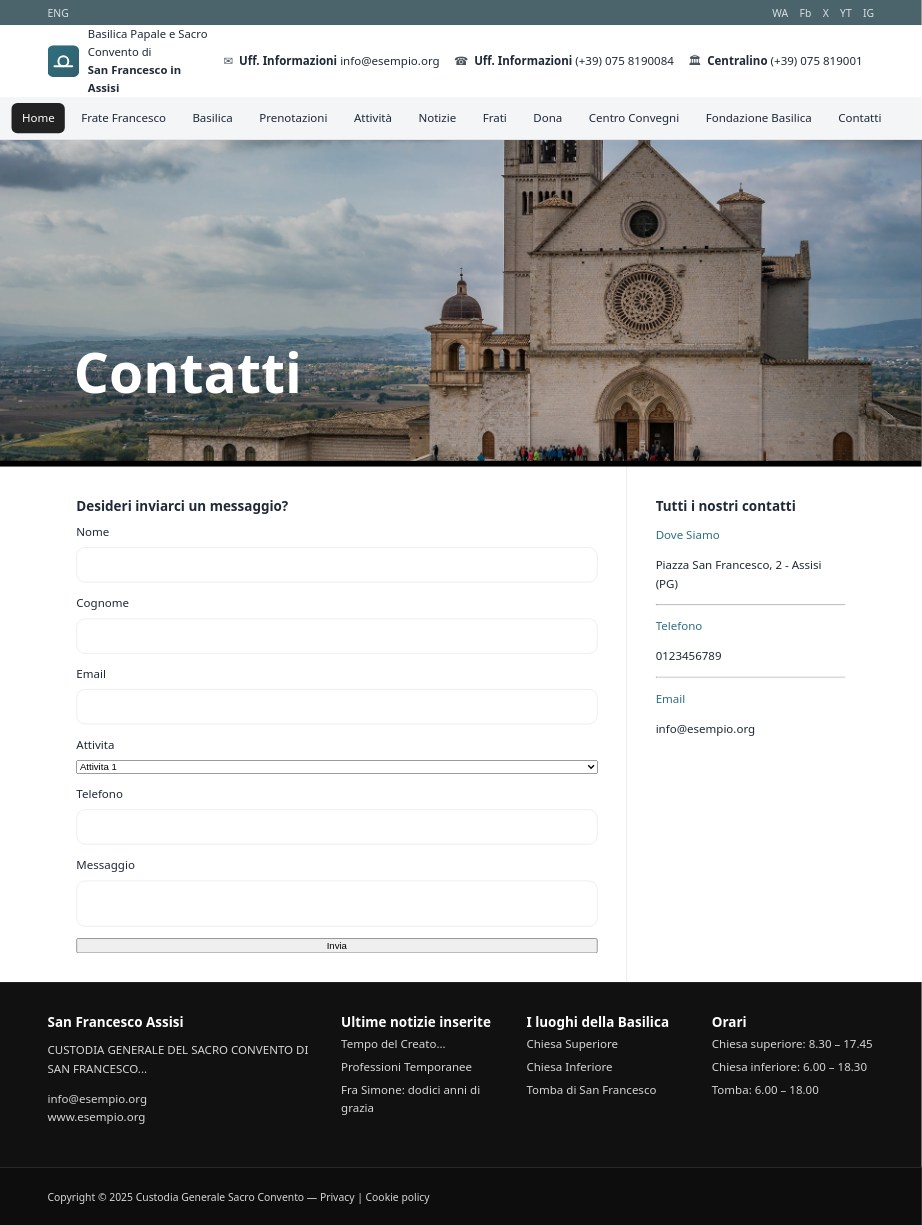
Repository: leacappello/basilica-platform-project
Page: pages/contatti.html
The author's editor kept a copy of each file at every save. The page is drawn from the files as they stood at one save, then again after the next save.
The browser window is 1280 px wide. The pictures show the whole page, at 72% of full size.

Above is the page before, as saved 2025-09-17 09:53:50.
Console error (its wording comes from the project's code and is left out).

After the next save:
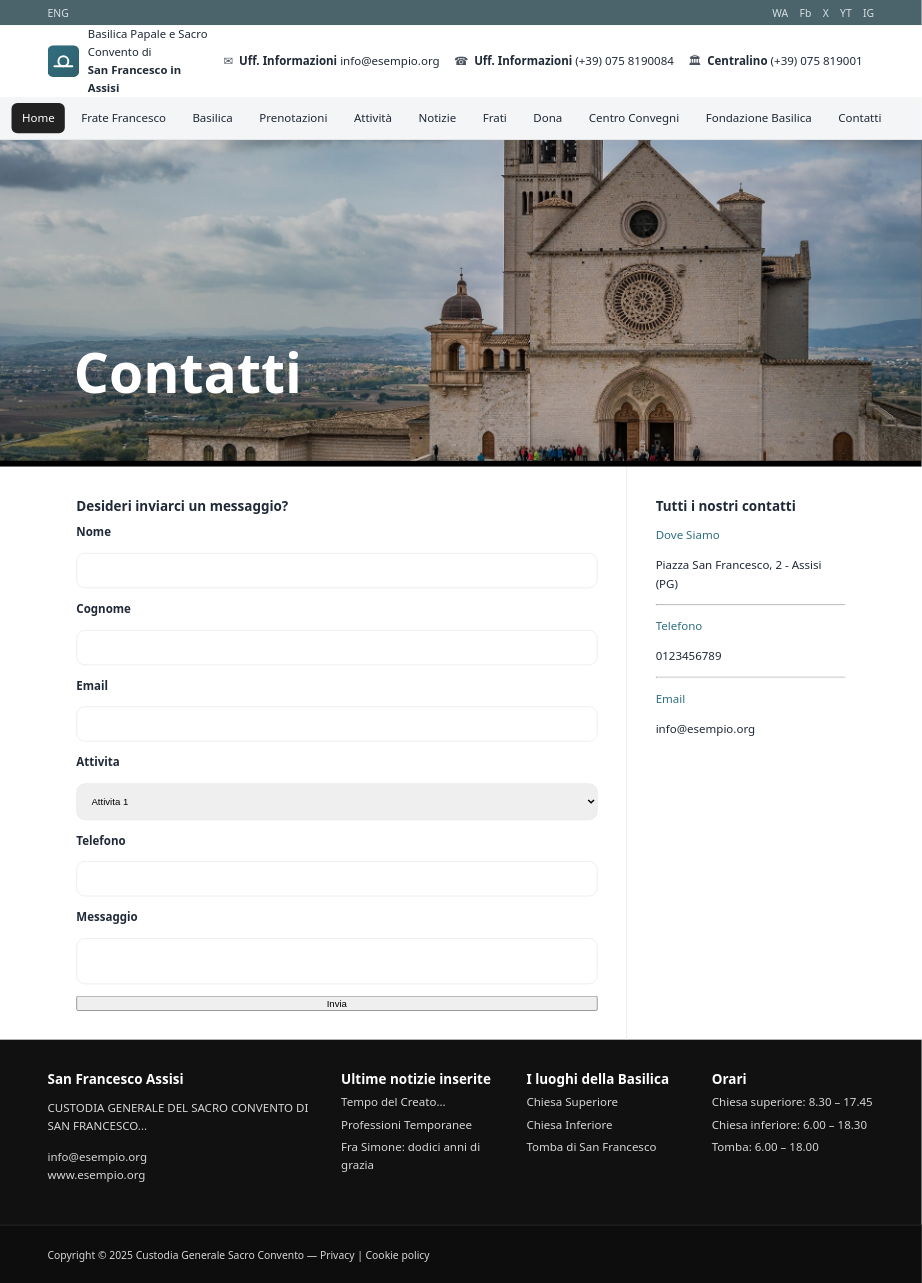
Saved 8 s later.
--- a/assets/styles.css
+++ b/assets/styles.css
@@ -272,7 +272,11 @@ input[type="submit"]:active{
   background-color: var(--accent-active);
 }
 
-select
+select{
+  padding: var(--space-4);
+  border-radius: var(--radius);
+  border: 1px solid var(--border);
+}
 
 label{
   display: block;
